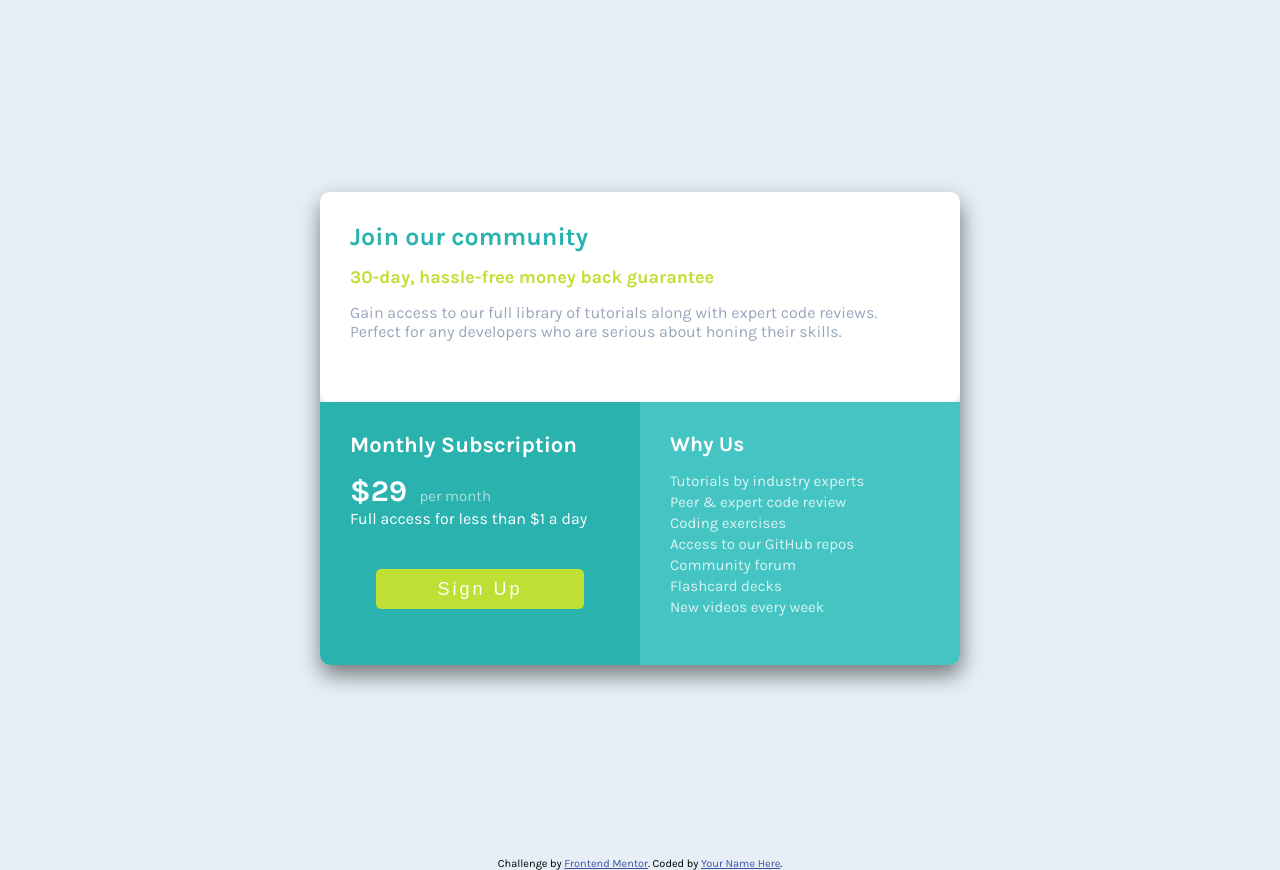
Repository: Pedrohamoura-Git/Frontend-Mentor-Challenges
Page: Newbie/single-price-grid-component-master/index.html
An editor plug-in stored every save of this project. The page is shown before and after the next save, followed by the edit.
The browser window is 1280 px wide. The pictures show the whole page.

Above is the page before, as saved 2021-05-31 16:01:19.

### Newbie/single-price-grid-component-master/index.html
<!DOCTYPE html>
<html lang="en">
<head>
  <meta charset="UTF-8">
  <meta name="viewport" content="width=device-width, initial-scale=1.0"> <!-- displays site properly based on user's device -->

  <link rel="stylesheet" href="css/style.css">
  <title>Frontend Mentor | Single Price Grid Component</title>

  <!-- Feel free to remove these styles or customise in your own stylesheet 👍 -->
  <style>
    .attribution { font-size: 11px; text-align: center; }
    .attribution a { color: hsl(228, 45%, 44%); }
  </style>
</head>
<body>
  <div id="wrapper">
    <header id="card1">
      <h1>Join our community</h1>
      <h2>30-day, hassle-free money back guarantee</h2>
      <p>Gain access to our full library of tutorials along with expert code reviews. Perfect for any developers who are serious about honing their skills.</p>
    </header>

    <div id="columns">
      <div id="card2">
        <h2>Monthly Subscription</h2>
        <h3 class="price">&dollar;29</h3>
        <span>per month</span>
        <p>Full access for less than &dollar;1 a day</p>

        <form action="#">
          <input type="submit" value="Sign Up" name="Sign Up" id="signup">
          </input>
        </form>
      </div>

      <div id="card3">
        <h2>Why Us</h2>
        <p>Tutorials by industry experts<br>
          Peer &amp; expert code review<br>
          Coding exercises<br>
          Access to our GitHub repos<br>
          Community forum<br>
          Flashcard decks<br>
          New videos every week</p>
      </div>
    </div>

  </div>








  <footer>
    <p class="attribution">
      Challenge by <a href="https://www.frontendmentor.io?ref=challenge" target="_blank">Frontend Mentor</a>.
      Coded by <a href="#">Your Name Here</a>.
    </p>
  </footer>
</body>
</html>

### Newbie/single-price-grid-component-master/css/style.css
/*
** Core Formatting
*/
    @import url('https://fonts.googleapis.com/css2?family=Karla:wght@400;700&display=swap');

    * {
        padding: 0;
        margin: 0;
        box-sizing: border-box;
    }

    html {
        font-size: 62.5%;
    }

    body {
        background-color: hsl(204, 43%, 93%);
        font-family: Karla;
    }


/*
** Mobile - Wrapper
*/
    #wrapper {
        border-radius: 1rem;
        box-shadow: 1px 10px 21px rgba(0, 0, 0, .5);
        display: grid;
        grid-template-rows: repeat(auto-fit, minmax(200px, 1fr));
        margin: 15% auto;
        width: 90%;

        /* border: 1px solid red; */
    }

    #card1, #card2, #card3 {
        padding: 1.5rem;
        min-height: 210px;
    }

    /*
    ** Card 1
    */
        #card1 {
            background-color: white;
            border-radius: 1rem;
        }

        #card1 h1 {
            color: hsl(179, 62%, 43%);
            font-size: 2.5rem;
            margin-bottom: 1.5rem;
        }

        #card1 h2 {
            color: hsl(71, 73%, 54%);
            font-size: 1.8rem;
            margin-bottom: 1.5rem;
        }

        #card1 p {
            margin-bottom: 1.5rem;
            color: hsl(218, 22%, 67%);
            font-size: 1.6rem;
            margin-bottom: 1.5rem;
        }



    /*
    ** Card 2
    */
        #card2 {
            color: white;
            background-color: hsl(179, 62%, 43%);
        }

        #card2 h2 {
            font-size: 2.2rem;
            margin-bottom: 1.5rem;
        }

        #card2 h3.price {
            display: inline;
            font-size: 3rem;
            font-weight: 700;
            margin-bottom: 1.5rem;
        }

        #card2 span {
            font-size: 1.5rem;
            margin-left: 1rem;
            margin-bottom: 1rem;
            opacity: 60%;
        }

        #card2 p {
            font-size: 1.6rem;
            margin-bottom: 1.5rem;
        }

        #card2 form input {
            background-color: hsl(71, 73%, 54%);
            border: none;
            border-radius: .5rem;
            color: white;
            font-size: 1.8rem;
            letter-spacing: .3rem;
            margin: 10%;
            width: 80%;
            height: 4rem;

        }

        #card2 input:hover, input:active {
            background-color: hsl(71, 93%, 62%);
            color: hsl(179, 62%, 43%);
        }





        #card3 {
            background-color: hsl(179, 53%, 52%);
            border-bottom-left-radius: 1rem;
            border-bottom-right-radius: 1rem;
            color: white;
        }

        #card3 h2 {
            font-size: 2.1rem;
            margin-bottom: 1.5rem;
        }

        #card3 p {
            font-size: 1.5rem;
            line-height: 2.1rem;
            opacity: 80%;
        }


    /*
    ** Tablets & Desktops
    */
        @media (min-width: 600px) {
            #wrapper {
                display: block;
                max-width: 640px;

                /* border: 1px solid red; */
            }

            #columns {
                display: grid;
                grid-template-columns: repeat(auto-fit, minmax(50%, 1fr));
            }

            #card1 {
                padding: 3rem;
            }

            #card2 {
                border-bottom-left-radius: 1rem;
                padding: 3rem;

            }

            #card3 {
                border-bottom-left-radius: 0;
                padding: 3rem;
            }

        }

After the next save:
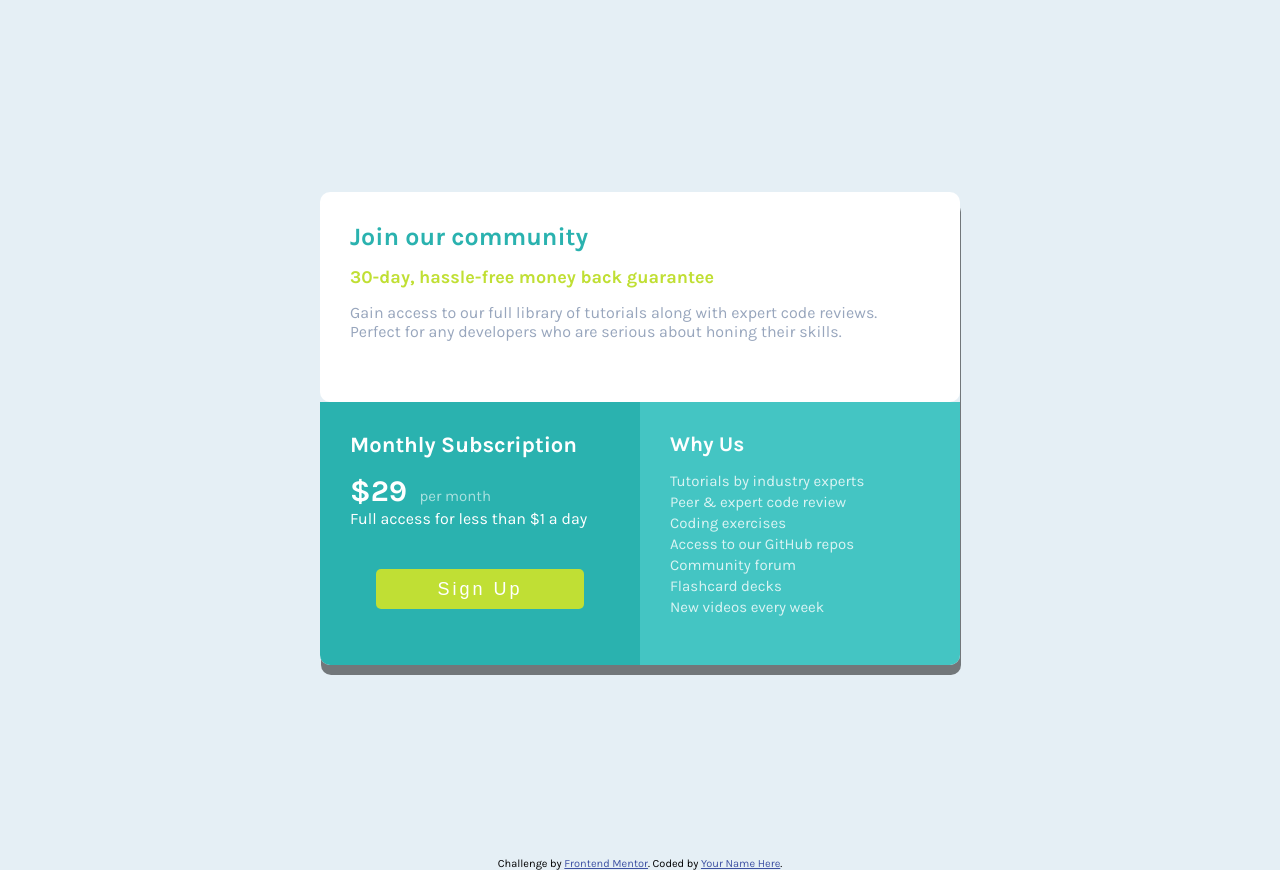
Saved 7 s later.
--- a/Newbie/single-price-grid-component-master/css/style.css
+++ b/Newbie/single-price-grid-component-master/css/style.css
@@ -24,7 +24,7 @@
 */
     #wrapper {
         border-radius: 1rem;
-        box-shadow: 1px 10px 21px rgba(0, 0, 0, .5);
+        box-shadow: 1px 10px  rgba(0, 0, 0, .5);
         display: grid;
         grid-template-rows: repeat(auto-fit, minmax(200px, 1fr));
         margin: 15% auto;
